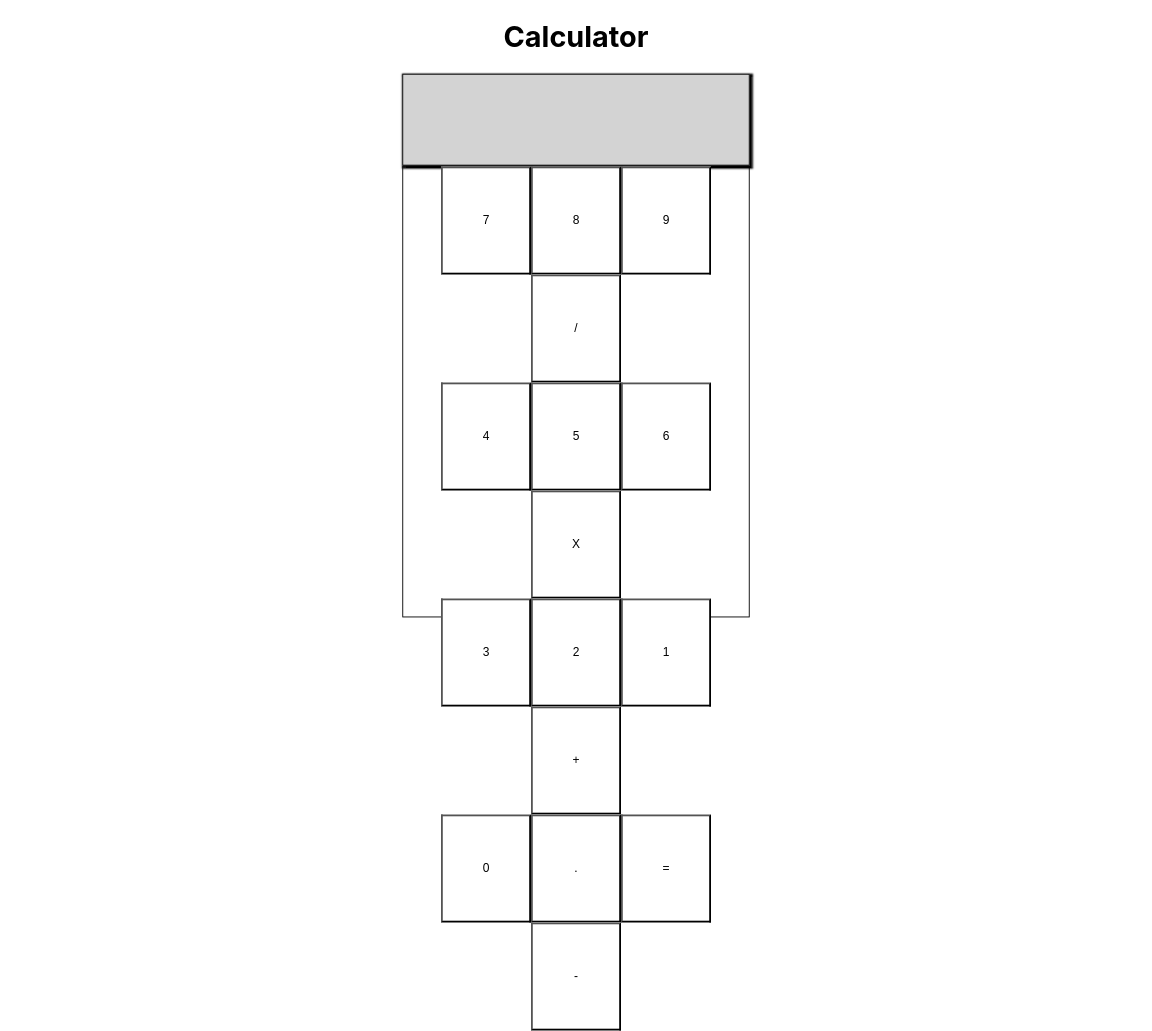
Repository: punitbathija/Placement-Assitance-iNeuron
Page: / (app in React/calculator/)
An editor plug-in stored every save of this project. The page is shown before and after a run of saves, followed by the edit.
The browser window is 1280 px wide. The pictures show the whole page, at 90% of full size.
The project was rebuilt for these pictures with package versions that can differ from the ones it lists, and the page was loaded fresh each time.

Above is the page before, as saved 2023-06-05 16:09:58.

### React/calculator/src/index.css
body {
  margin: 0;
  font-family: -apple-system, BlinkMacSystemFont, 'Segoe UI', 'Roboto', 'Oxygen',
    'Ubuntu', 'Cantarell', 'Fira Sans', 'Droid Sans', 'Helvetica Neue',
    sans-serif;
  -webkit-font-smoothing: antialiased;
  -moz-osx-font-smoothing: grayscale;
}

code {
  font-family: source-code-pro, Menlo, Monaco, Consolas, 'Courier New',
    monospace;
}

.screen{
  height: 100px;
  width: 30%;
  border:  1px solid black;
  margin: auto;
  background-color: lightgray;
  box-shadow: 2px 2px 2px 2px;
}


.numpad{
  height: 500px;
  border: 1px solid black;
  width: 30%;
  margin: auto;
}

.btn{
  height: 120px;
  width: 100px;
  background-color: white;
}

### React/calculator/src/App.js
import "./App.css";
import Calculator from "./Calculator";

function App() {
  return (
    <div className="App">
      <h1>Calculator</h1>
      <Calculator />
    </div>
  );
}

export default App;

### React/calculator/src/Calculator.jsx
import React from "react";
import "./index.css";

const Calculator = () => {
  return (
    <div>
      <div className="screen"></div>
      <div className="numpad">
        <div className="firstRow">
          <button className="btn">7</button>
          <button className="btn">8</button>
          <button className="btn">9</button>
          <button className="btn">/</button>
        </div>
        <div className="secondRow">
          <button className="btn">4</button>
          <button className="btn">5</button>
          <button className="btn">6</button>
          <button className="btn">X</button>
        </div>
        <div className="thirdRow">
          <button className="btn">3</button>
          <button className="btn">2</button>
          <button className="btn">1</button>
          <button className="btn">+</button>
        </div>
        <div className="fourthRow">
          <button className="btn">0</button>
          <button className="btn">.</button>
          <button className="btn">=</button>
          <button className="btn">-</button>
        </div>
      </div>
    </div>
  );
};

export default Calculator;

Loaded but not shown: React/calculator/public/index.html (common file); React/calculator/src/index.js (common file); React/calculator/src/App.css (common file)

After the next 2 saves:
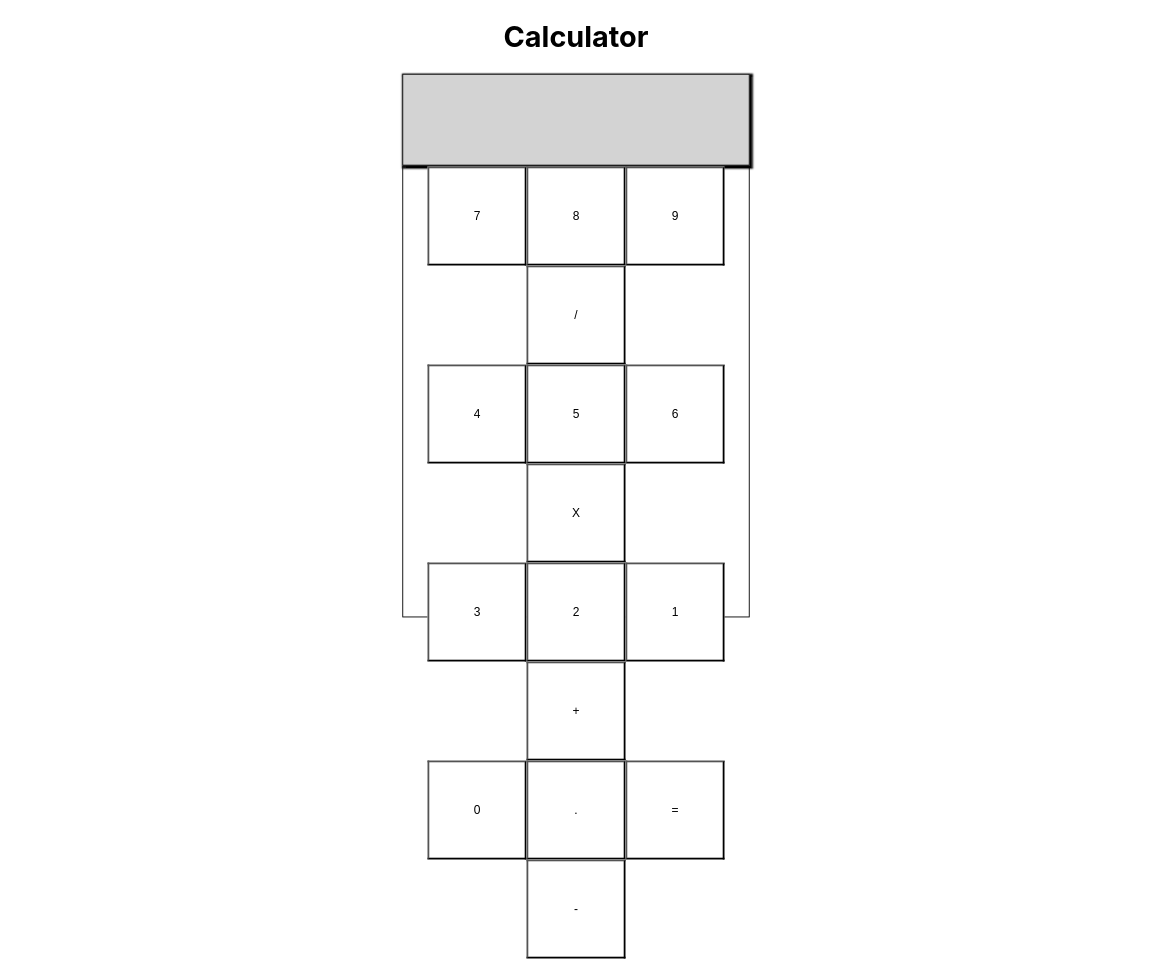
The 2 saves are shown as one change because they came seconds apart.
The last was saved 14 s later.
--- a/React/calculator/src/index.css
+++ b/React/calculator/src/index.css
@@ -30,7 +30,7 @@ code {
 }
 
 .btn{
-  height: 120px;
-  width: 100px;
+  height: 110px;
+  width: 110px;
   background-color: white;
 }
